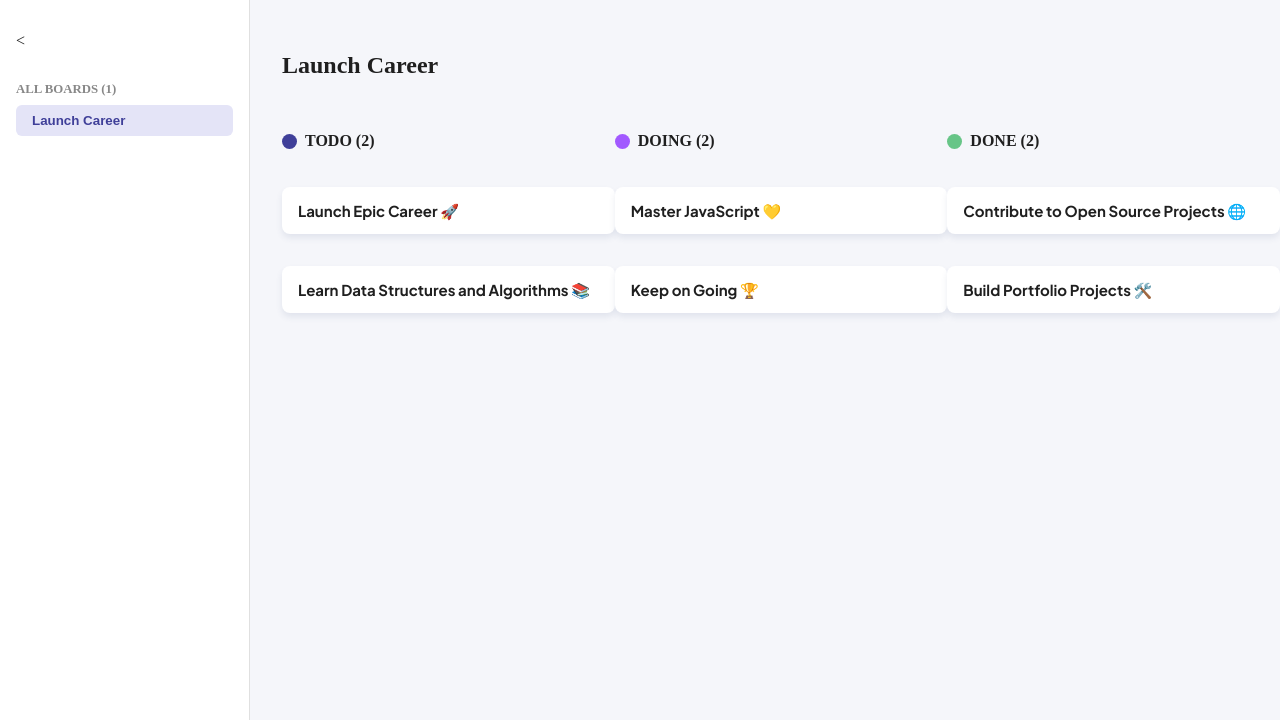
Repository: andajonas/ANDJON25111_fto2502_A2_Anda_Jonas_JSL01
Page: index.html
The author's editor kept a copy of each file at every save. The page is drawn from the files as they stood at one save, then again after a run of saves.
The browser window is 1280 px wide. The pictures show the whole page.

Above is the page before, as saved 2025-04-25 12:44:58.

After the next 4 saves:
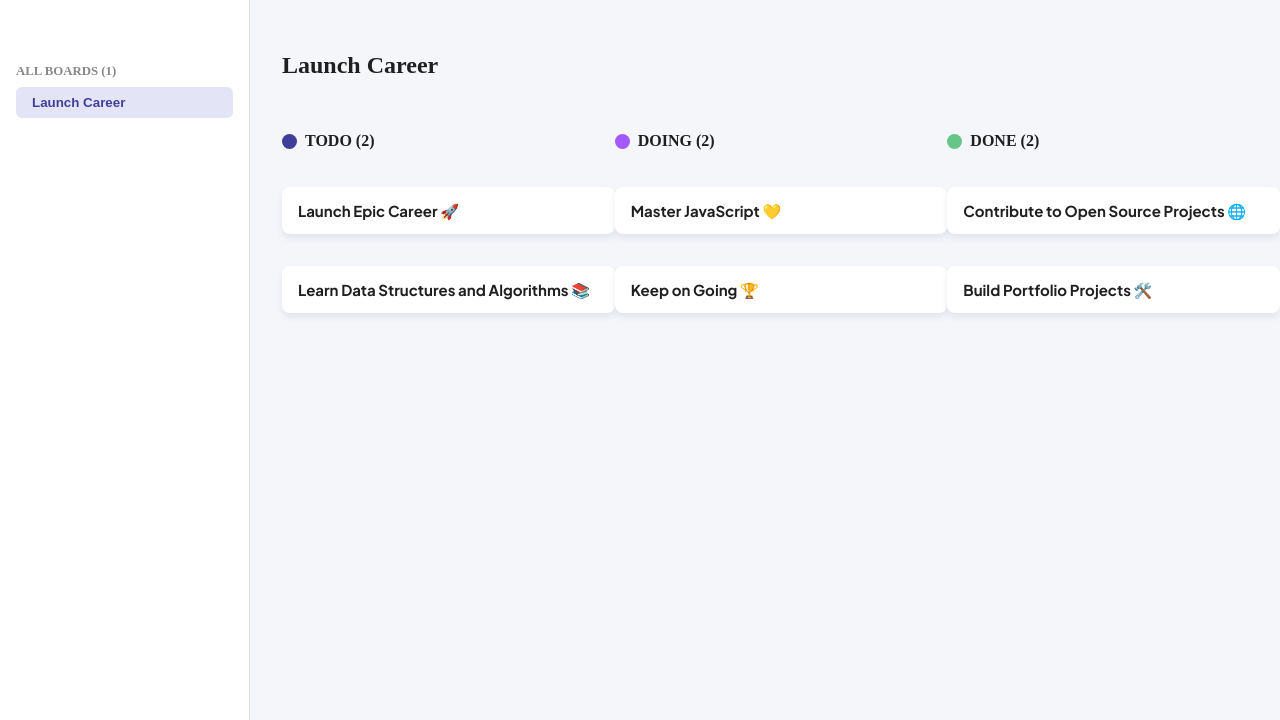
The 4 saves are shown as one change because they came seconds apart.
The last was saved 14 s later.
--- a/index.html
+++ b/index.html
@@ -10,7 +10,7 @@
     <div class="kanban-container">
       <!-- Sidebar -->
       <nav class="sidebar">
-        <</h>
+
         <div class="board-list">
           <h4>ALL BOARDS (1)</h4>
           <button class="board-btn">Launch Career</button>
